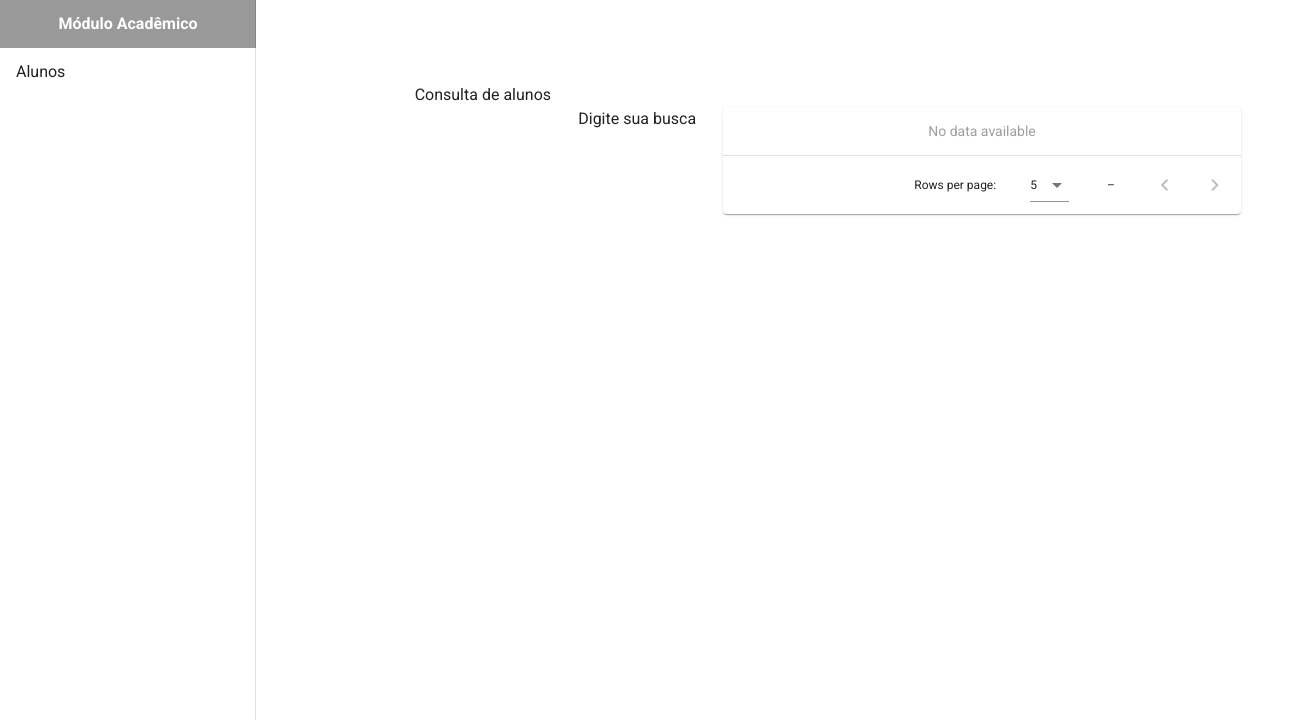
Repository: sergiohidekiono/vue-student
Page: /
These files come from the project's save history. The page is drawn as it stood at one moment and after the next save; the edit follows.
The browser window is 1280 px wide. The page is 1292 px wide, so the pictures cover 1292 px, including what lies to the right of the window. The pictures show the whole page.
The project was rebuilt for these pictures with package versions that can differ from the ones it lists, and the page was loaded fresh each time. Also part of the build but not shown: vue.config.js.

Above is the page before, as saved 2024-08-07 09:58:52.

### src/App.vue
<template>
  <v-app>
    <v-main class="wrapper">
      <StudentList class="wrapper" />
    </v-main>
  </v-app>
</template>

<script>
import StudentList from './components/student-list';

export default {
  name: 'App',

  components: {
    StudentList,
  },

  data: () => ({
    //
  }),
};
</script>

<style>
.wrapper {
  width: 100vw;
  height: 100vh;
  margin: 0;
}
</style>

### src/components/student-list.vue
<template>
    <v-container>
        <v-row>
            <div class="d-flex align-start">
                <v-img :src="require('../assets/logo.png')" class="my-3" />
            </div>
        </v-row>
        <v-row>
            <v-col cols="2">
                <v-navigation-drawer v-model="drawer" app clipped :permanent="false">
                    <v-list>
                        <v-list-item>
                            <v-list-item-content class="header-table" style="padding: 0 !important;">
                                <v-list-item-title style="padding: 0; margin: 0;">
                                    <h4 class="d-flex justify-center">Módulo Acadêmico</h4>
                                </v-list-item-title>
                            </v-list-item-content>
                        </v-list-item>
                        <v-list-item link>
                            <v-list-item-content style="padding: 0;">
                                <v-list-item-title class="ml-4">Alunos</v-list-item-title>
                            </v-list-item-content>
                        </v-list-item>
                    </v-list>
                </v-navigation-drawer>
            </v-col>
            <v-col cols="10">
                <v-row cols="12" justify="center">
                    <v-row>
                        <span>Consulta de alunos</span>
                    </v-row>
                    <v-row>
                        <v-input>Digite sua busca</v-input>
                    </v-row>
                    <v-row>
                        <template>
                            <v-data-table :headers="headers" :items="desserts" :items-per-page="5"
                                class="elevation-1"></v-data-table>
                        </template>
                    </v-row>
                </v-row>
            </v-col>
        </v-row>
    </v-container>
</template>

<script>

export default {
    name: 'StudentList',
    data: () => ({
        drawer: true,
    }),
};

</script>

<style scoped>
.v-list-item.theme--light .header-table {
    color: white;
    padding: 0 !important;
}

.v-list-item.theme--light {
    padding: 0 !important;
    background: #999999;
}

.v-list.v-sheet.theme--light {
    padding: 0 !important;
}

.v-list-item.v-list-item--link.theme--light {
    background: white;
}
</style>

Loaded but not shown: public/index.html (common file); src/main.js (common file); src/plugins/vuetify.js (common file)

After the next save:
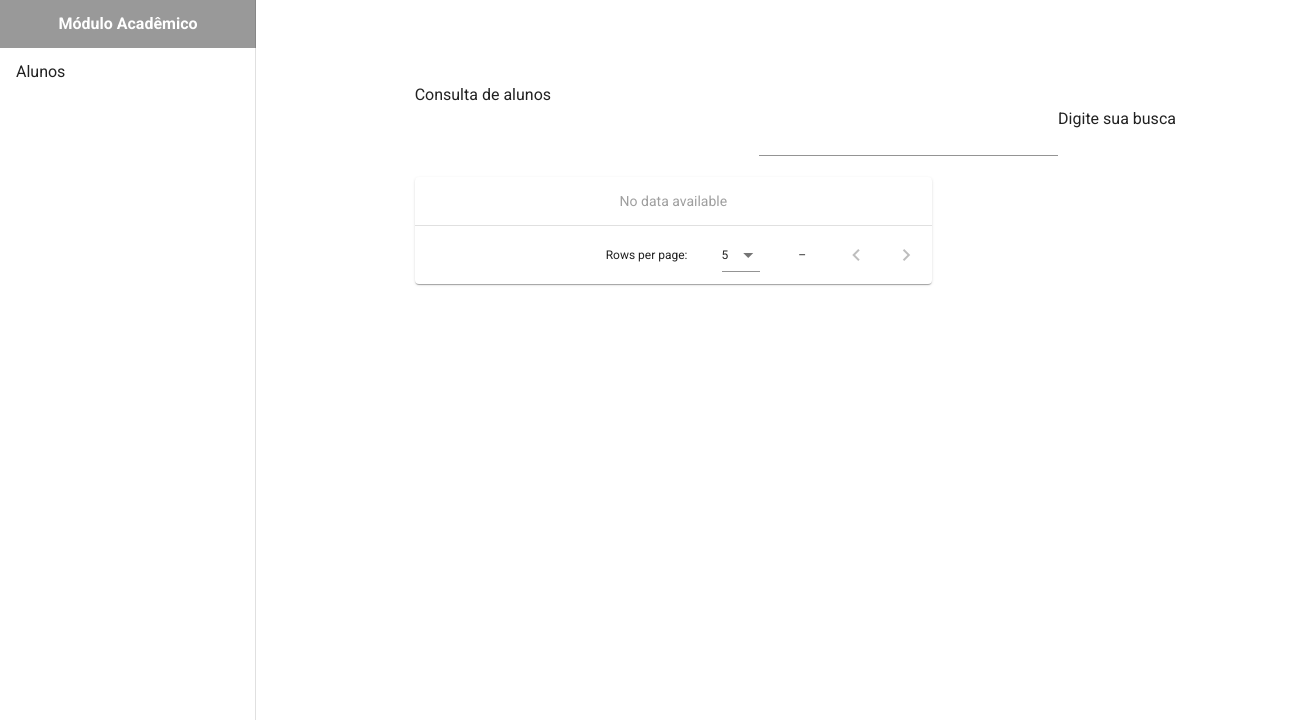
Saved 31 s later.
--- a/src/components/student-list.vue
+++ b/src/components/student-list.vue
@@ -30,6 +30,8 @@
                         <span>Consulta de alunos</span>
                     </v-row>
                     <v-row>
+                        <v-text-field :rules="rules"></v-text-field>
+
                         <v-input>Digite sua busca</v-input>
                     </v-row>
                     <v-row>
